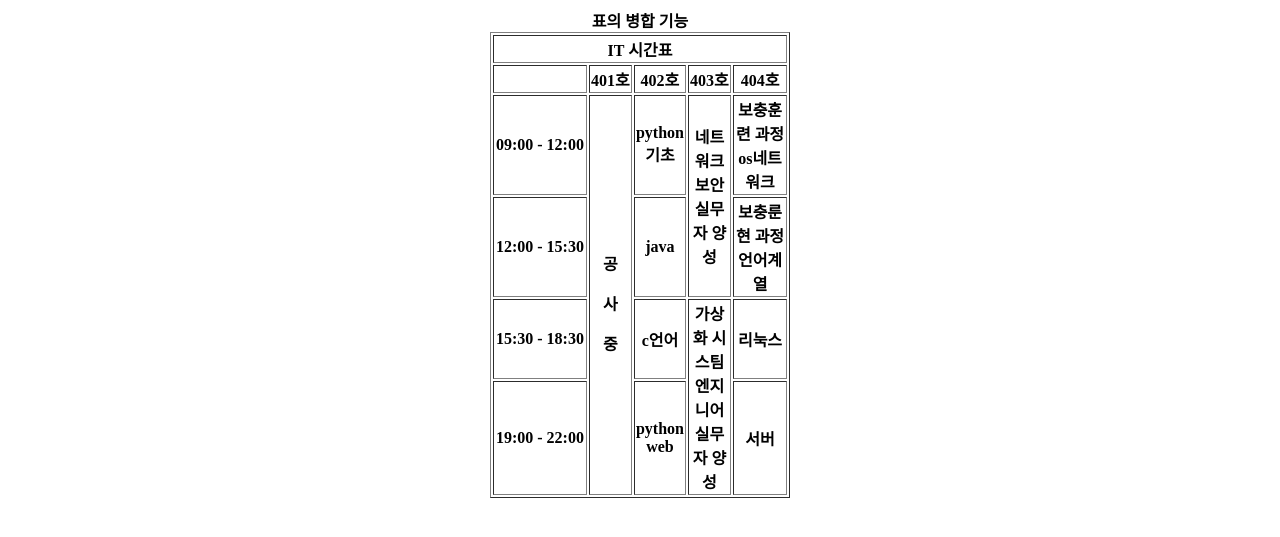
Repository: sika5382/jsp
Page: html/WebContent/NewFile1.html
An editor plug-in stored every save of this project. The page is shown before and after the next save, followed by the edit.
The browser window is 1280 px wide. The pictures show the whole page.

Above is the page before, as saved 2020-10-29 06:16:00.

After the next save:
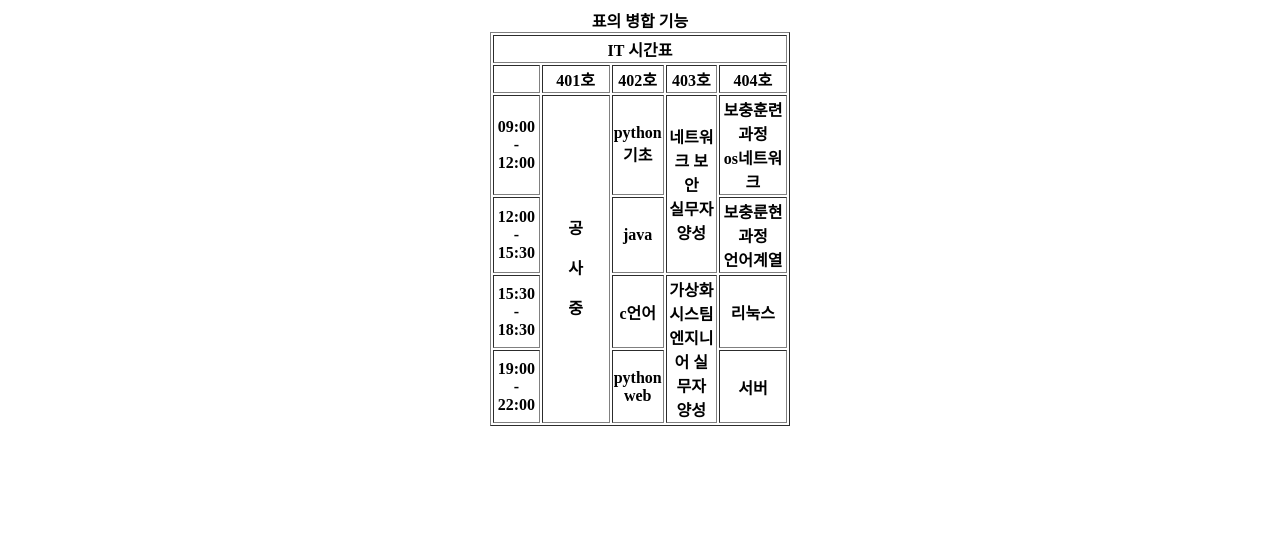
Saved 21 s later.
--- a/html/WebContent/NewFile1.html
+++ b/html/WebContent/NewFile1.html
@@ -11,13 +11,13 @@
 		<caption><b>표의 병합 기능</b></caption>
 
 		<tr>
-			<th colspan = "5"> IT 시간표</th>
+			<th colspan = "5" width = "1000"> IT 시간표</th>
 
 		</tr>
 
 		<tr>
-			<th width ="1000"></th>
-			<th width ="300">401호</th>
+			<th width =""></th>
+			<th width ="500">401호</th>
 			<th>402호</th>
 			<th width ="300">403호</th>
 			<th width ="300">404호</th>
